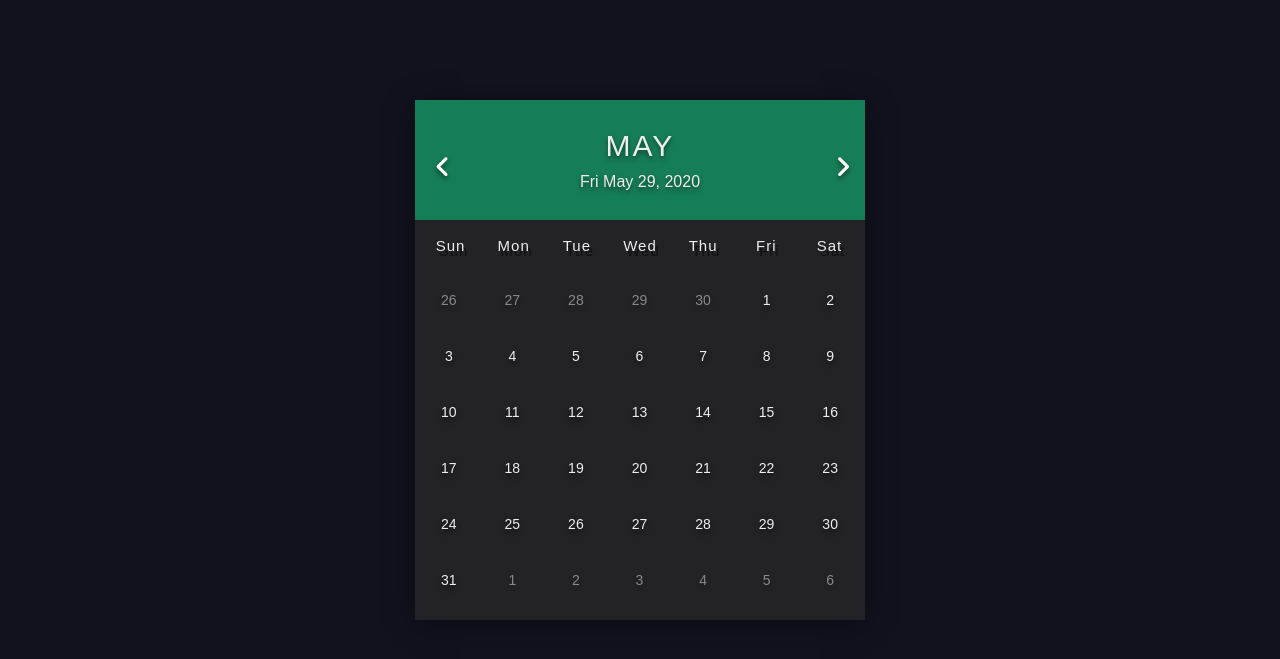
Repository: dboinska/calendar
Page: index.html
These files come from the project's save history. The page is drawn as it stood at one moment and after the next save; the edit follows.
The browser window is 1280 px wide. The pictures show the whole page.
Some web libraries are served in a nearby version.

Above is the page before, as saved 2021-09-06 05:36:53.
Console error: TypeError: Cannot set properties of null (setting 'innerHTML')

### index.html
<!DOCTYPE html>
<html lang="en">
  <head>
    <meta charset="UTF-8" />
    <meta http-equiv="X-UA-Compatible" content="IE=edge" />
    <meta name="viewport" content="width=device-width, initial-scale=1.0" />
    <title>Calendar</title>
    <script
      src="https://kit.fontawesome.com/5567926149.js"
      crossorigin="anonymous"
    ></script>
    <link rel="stylesheet" href="style.css" />
  </head>
  <body>
    <div class="container">
      <div class="calendar">
        <div class="month">
          <i class="fas fa-angle-left prev"></i>
          <div class="date">
            <h1>May</h1>
            <p>Fri May 29, 2020</p>
          </div>
          <i class="fas fa-angle-right next"></i>
        </div>
        <div class="weekdays">
          <div>Sun</div>
          <div>Mon</div>
          <div>Tue</div>
          <div>Wed</div>
          <div>Thu</div>
          <div>Fri</div>
          <div>Sat</div>
        </div>
        <div class="days">
          <div class="prev-date">26</div>
          <div class="prev-date">27</div>
          <div class="prev-date">28</div>
          <div class="prev-date">29</div>
          <div class="prev-date">30</div>
          <div>1</div>
          <div>2</div>
          <div>3</div>
          <div>4</div>
          <div>5</div>
          <div>6</div>
          <div>7</div>
          <div>8</div>
          <div>9</div>
          <div>10</div>
          <div>11</div>
          <div>12</div>
          <div>13</div>
          <div>14</div>
          <div>15</div>
          <div>16</div>
          <div>17</div>
          <div>18</div>
          <div>19</div>
          <div>20</div>
          <div>21</div>
          <div>22</div>
          <div>23</div>
          <div>24</div>
          <div>25</div>
          <div>26</div>
          <div>27</div>
          <div>28</div>
          <div>29</div>
          <div>30</div>
          <div>31</div>
          <div class="next-date">1</div>
          <div class="next-date">2</div>
          <div class="next-date">3</div>
          <div class="next-date">4</div>
          <div class="next-date">5</div>
          <div class="next-date">6</div>
        </div>
      </div>
    </div>
    <script src="script.js"></script>
  </body>
</html>

### style.css
* {
  margin: 0;
  padding: 0;
  box-sizing: border-box;
  font-family: "Quicksand", sans-serif;
}

html {
  font-size: 62.5%;
}

.container {
  width: 100%;
  height: 100vh;
  background-color: #12121f;
  color: #eee;
  display: flex;
  justify-content: center;
  align-items: center;
}

.calendar {
  width: 45rem;
  height: 52rem;
  background-color: #222227;
  box-shadow: 0 0.5rem 3rem rgba(0, 0, 0, 0.4);
}

.fas {
  height: 10px;
  width: 10px;
  color: white;
}

.month {
  width: 100%;
  height: 12rem;
  background-color: #167e56;
  display: flex;
  justify-content: space-between;
  align-items: center;
  padding: 0 2rem;
  text-align: center;
  text-shadow: 0 0.3rem 0.5rem rgba(0, 0, 0, 0.5);
}

.month i {
  font-size: 2.5rem;
  cursor: pointer;
}

.month h1 {
  font-size: 3rem;
  font-weight: 400;
  text-transform: uppercase;
  letter-spacing: 0.2rem;
  margin-bottom: 1rem;
}

.month p {
  font-size: 1.6rem;
}

.weekdays {
  width: 100%;
  height: 5rem;
  padding: 0 0.4rem;
  display: flex;
  align-items: center;
}

.weekdays div {
  font-size: 1.5rem;
  font-weight: 400;
  letter-spacing: 0.1rem;
  width: calc(44.2rem / 7);
  display: flex;
  justify-content: center;
  align-items: center;
  text-shadow: 0.3rem 0.5rem rgba(0, 0, 0, 0.5);
}

.days {
  width: 100%;
  display: flex;
  flex-wrap: wrap;
  padding: 0.2rem;
}

.days div {
  font-size: 1.4rem;
  margin: 0.3rem;
  width: calc(40.3rem / 7);
  height: 5rem;
  display: flex;
  justify-content: center;
  align-items: center;
  text-shadow: 0 0.3rem 0.5rem rgba(0, 0, 0, 0.5);
  transition: background-color 0.2s;
}

.days div:hover:not(.today) {
  background-color: #262626;
  border: 2rem solid #777;
  cursor: pointer;
}

.prev-date,
.next-date {
  opacity: 0.5;
}

.today {
  background-color: #167e56;
}

### script.js
const date = new Date();
// const month = date.getMonth();
// console.log(month);

const months = [
  "January",
  "February",
  "March",
  "April",
  "May",
  "June",
  "July",
  "August",
  "September",
  "October",
  "November",
  "December",
];

document.querySelector("date h1").innerHTML = months[5];

After the next save:
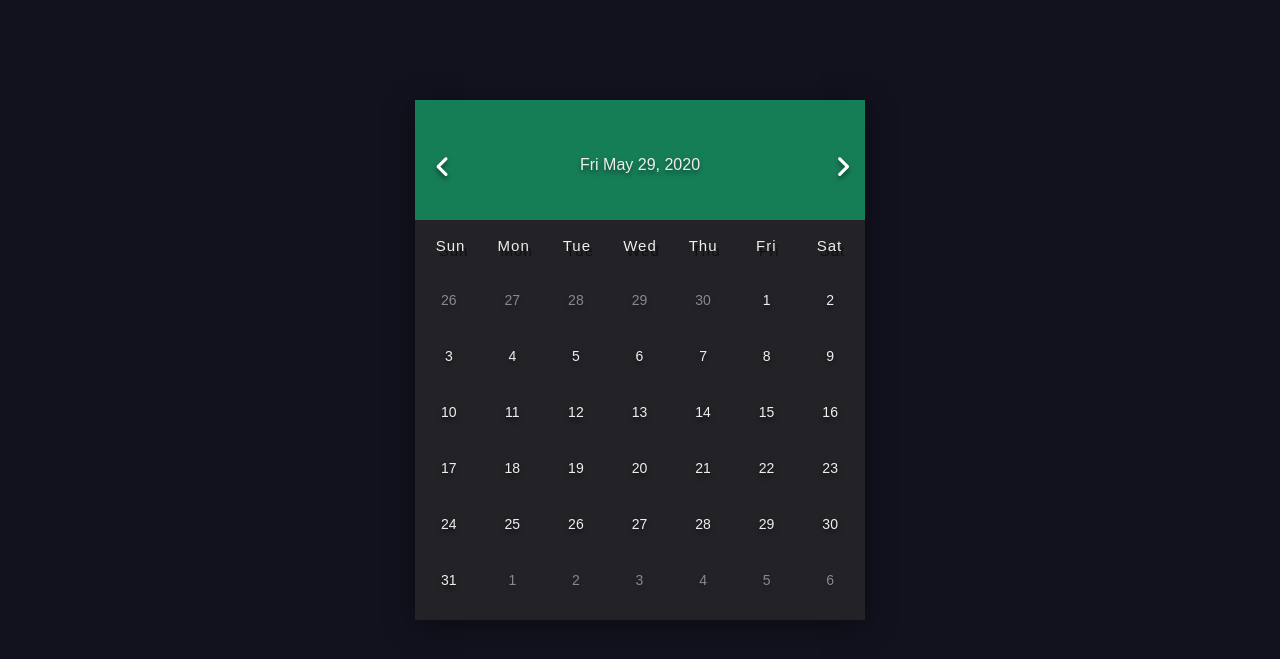
Saved 13 s later.
--- a/index.html
+++ b/index.html
@@ -17,7 +17,7 @@
         <div class="month">
           <i class="fas fa-angle-left prev"></i>
           <div class="date">
-            <h1>May</h1>
+            <h1></h1>
             <p>Fri May 29, 2020</p>
           </div>
           <i class="fas fa-angle-right next"></i>
